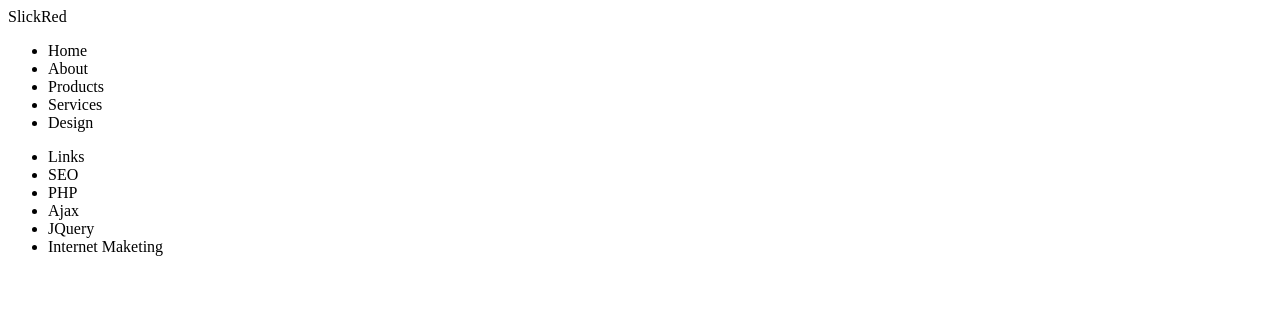
Repository: NgocTruong0701/Self_Learning
Page: html/practice/Baitapweb/Bai4.1.4.html
These files come from the project's save history. The page is drawn as it stood at one moment and after the next save; the edit follows.
The browser window is 1280 px wide. The pictures show the whole page.

Above is the page before, as saved 2021-10-05 23:26:46.

### html/practice/Baitapweb/Bai4.1.4.html
<!DOCTYPE html>
<html>
<head>
    <meta charset="UTF-8">
    <meta name="author" content="Lê Ngọc Trường">
    <title>Bài 4 Phiếu 1 Bài 1</title>
    <link rel="stylesheet" type="text/css" href="./Bai4.1.4.css">
</head>
<body>
    <div id="container">
        <header>
            <div class="banner"><span class="first">Slick</span>Red</div>
            <div class="content-menu">
                <ul class="menu">
                    <li>Home</li>
                    <li>About</li>
                    <li>Products</li>
                    <li>Services</li>
                    <li>Design</li>
                </ul>
            </div>
        </header>

        <div class="body">
            <div class="slidebar-left">
                <ul class="slidebar">
                    <li>Links</li>
                    <li>SEO</li>
                    <li>PHP</li>
                    <li>Ajax</li>
                    <li>JQuery</li>
                    <li>Internet Maketing</li>
                </ul>
            </div>
        </div>
    </div>
</body>
</html>

Loaded but not shown: html/practice/Baitapweb/Bai4.1.4.css (no stored copy; drawn as an empty file)

After the next save:
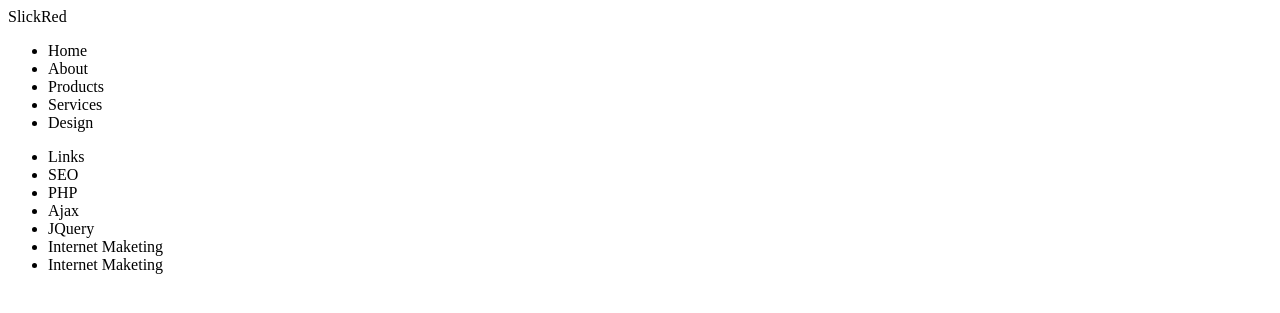
Saved 7 s later.
--- a/html/practice/Baitapweb/Bai4.1.4.html
+++ b/html/practice/Baitapweb/Bai4.1.4.html
@@ -30,6 +30,7 @@
                     <li>Ajax</li>
                     <li>JQuery</li>
                     <li>Internet Maketing</li>
+                    <li>Internet Maketing</li>
                 </ul>
             </div>
         </div>

After the 3 saves that followed:
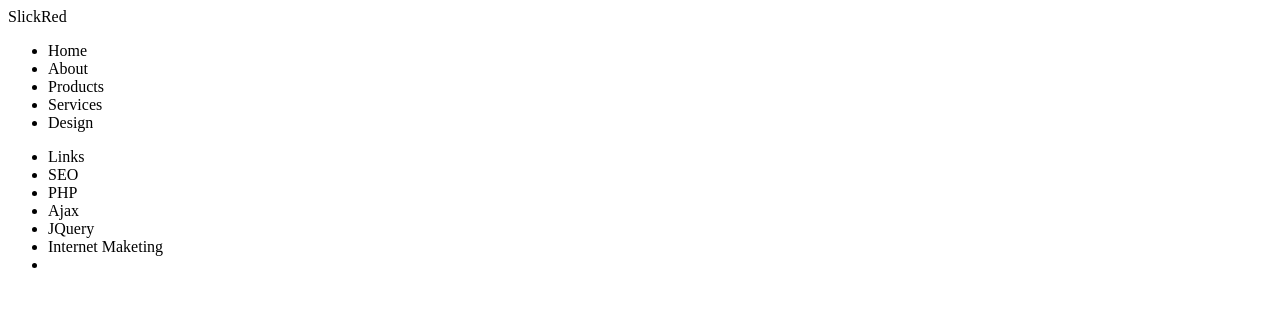
The 3 saves are shown as one change because 2 left the picture as it was.
The last was saved 32 s later.
--- a/html/practice/Baitapweb/Bai4.1.4.html
+++ b/html/practice/Baitapweb/Bai4.1.4.html
@@ -30,7 +30,7 @@
                     <li>Ajax</li>
                     <li>JQuery</li>
                     <li>Internet Maketing</li>
-                    <li>Internet Maketing</li>
+                    <li></li>
                 </ul>
             </div>
         </div>
